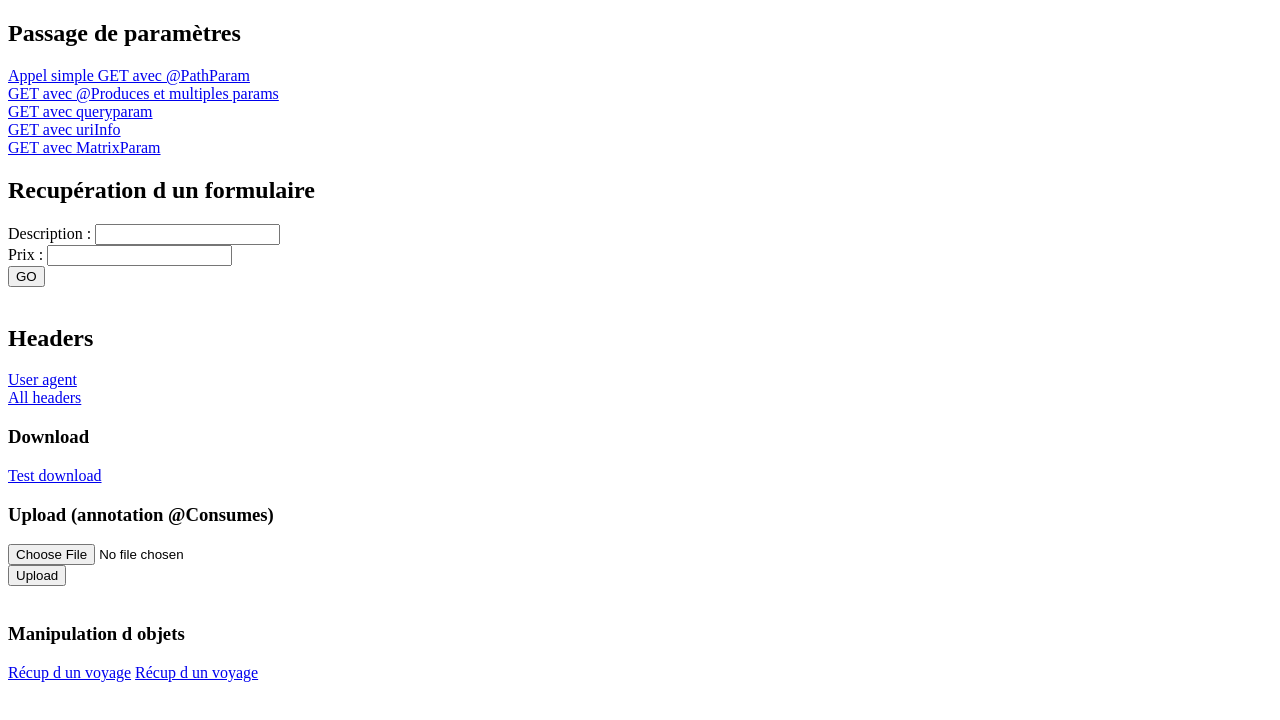
Repository: antoinebody/formationJee7
Page: http://localhost/projetRS/
These files come from the project's save history. The page is drawn as it stood at one moment and after the next save; the edit follows.
The browser window is 1280 px wide. The pictures show the whole page.
The page is served by Tomcat 9. Other server files are loaded and not shown.

Above is the page before, as saved 2015-11-25 15:04:23.

### projetRS/WebContent/index.jsp
<%@ page language="java" contentType="text/html; charset=UTF-8"
    pageEncoding="UTF-8"%>
<!DOCTYPE html PUBLIC "-//W3C//DTD HTML 4.01 Transitional//EN" "http://www.w3.org/TR/html4/loose.dtd">
<html>
<head>
<meta http-equiv="Content-Type" content="text/html; charset=UTF-8">
<title>WebServices with Jaxrs</title>
</head>
<body>
	<h2>Passage de paramètres</h2>
	<a href="rest/bases/Dupont">Appel simple GET avec @PathParam</a>
	<br/>
	<a href="rest/bases/2015/05/30">GET avec @Produces et multiples params</a>
	<br/>
	<a href="rest/bases/email?to=hall&from=antoine&to=john">GET avec queryparam</a>
	<br/>
	<a href="rest/bases/email2?to=hall&from=antoine&to=john">GET avec uriInfo</a>

	<br/>
	<a href="rest/bases/matrix/1999;acteur=keanu;heros=neo">GET avec MatrixParam</a>
	<h2>Recupération d un formulaire</h2>
	<form method="post" action="rest/bases/produit/add">
		<label for="desc">Description : </label>
		<input type="text" name="description" id="desc"/>
		<br />
		<label for="prix">Prix : </label>
		<input type="text" name="prix" id="prix"/>
		<br/>
		<input type="submit" value="GO"/>
	</form>

	<br/>
	<h2>Headers</h2>
	<a href="rest/bases/user-agent">User agent</a>
	<br/>
	<a href="rest/bases/headers">All headers</a>
	<br/>
	<h3>Download </h3>
	<a href='rest/bases/download-file'> Test download</a>
	<br/>
	<h3>Upload (annotation @Consumes)</h3>
	<!-- 1) ajouter le support dans le configurator dans MyApplication -->
	<form method="post" action="rest/bases/upload" enctype="multipart/form-data">
		<input type="file" name="file" id="f"/>
		<br/>
		<input type="submit" value="Upload"/>
	</form>

	<br/>
	<h3>Manipulation d objets</h3>
	<a href="rest/voyages/1">Récup d un voyage</a>
	<a href="rest/voyages">Récup d un voyage</a>
</body>
</html>

After the next save:
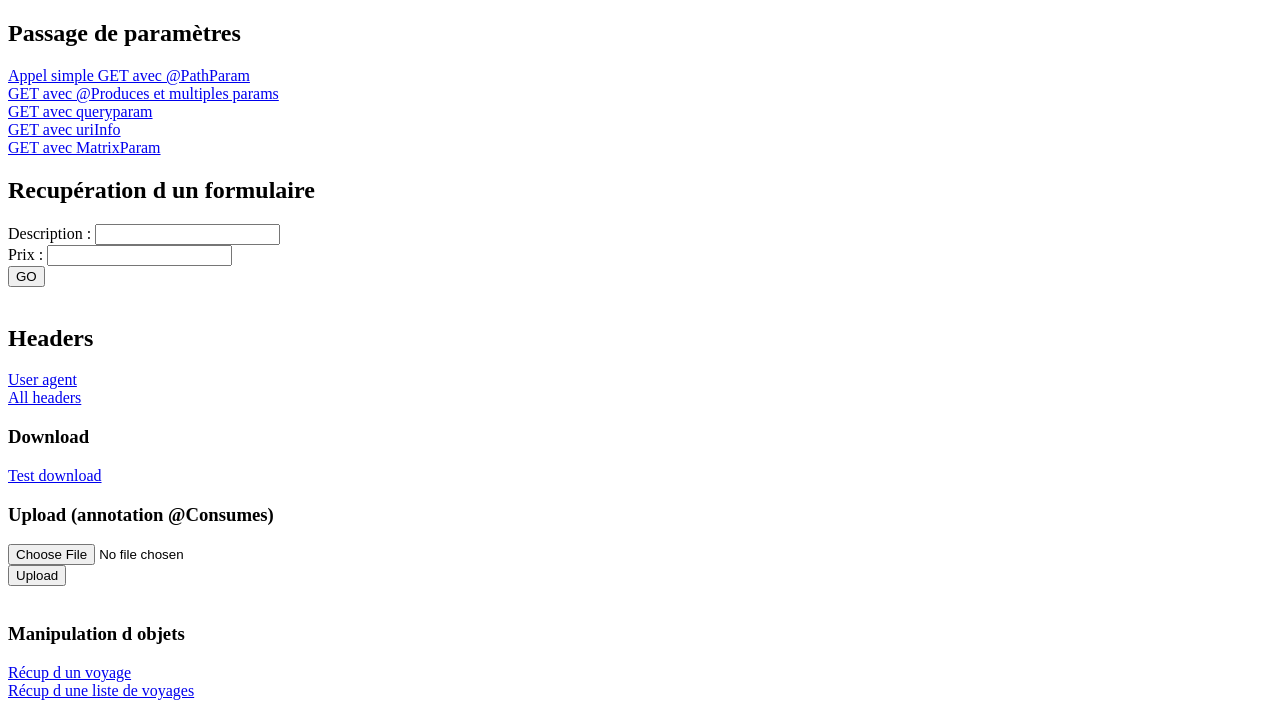
Saved 6 min 47 s later.
--- a/projetRS/WebContent/index.jsp
+++ b/projetRS/WebContent/index.jsp
@@ -49,6 +49,7 @@
 	<br/>
 	<h3>Manipulation d objets</h3>
 	<a href="rest/voyages/1">Récup d un voyage</a>
-	<a href="rest/voyages">Récup d un voyage</a>
+	<br/>
+	<a href="rest/voyages">Récup d une liste de voyages</a>
 </body>
 </html>
